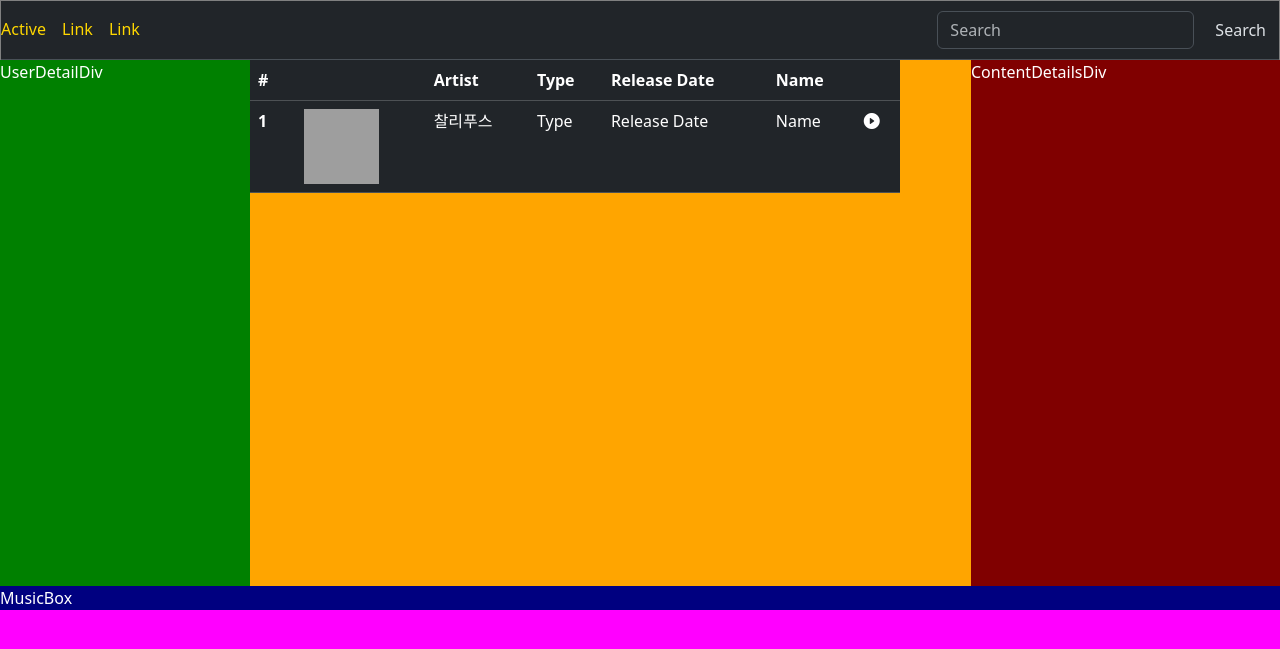
Repository: budflower44/My_Music_Life
Page: http://localhost/my_music_life/WEB-INF/views/mml/main.jsp
These files come from the project's save history. The page is drawn as it stood at one moment and after the next save; the edit follows.
The browser window is 1280 px wide. The pictures show the whole page.
Pictures or frames that could not be fetched are drawn as grey boxes. The page is served by Tomcat 9. Nobody is signed in. The template is opened directly, without the code that normally fills it, so the values that code supplies are empty.

Above is the page before, as saved 2024-02-15 05:22:07.
Console error: TypeError: Cannot read properties of null (reading 'addEventListener')

After the next save:
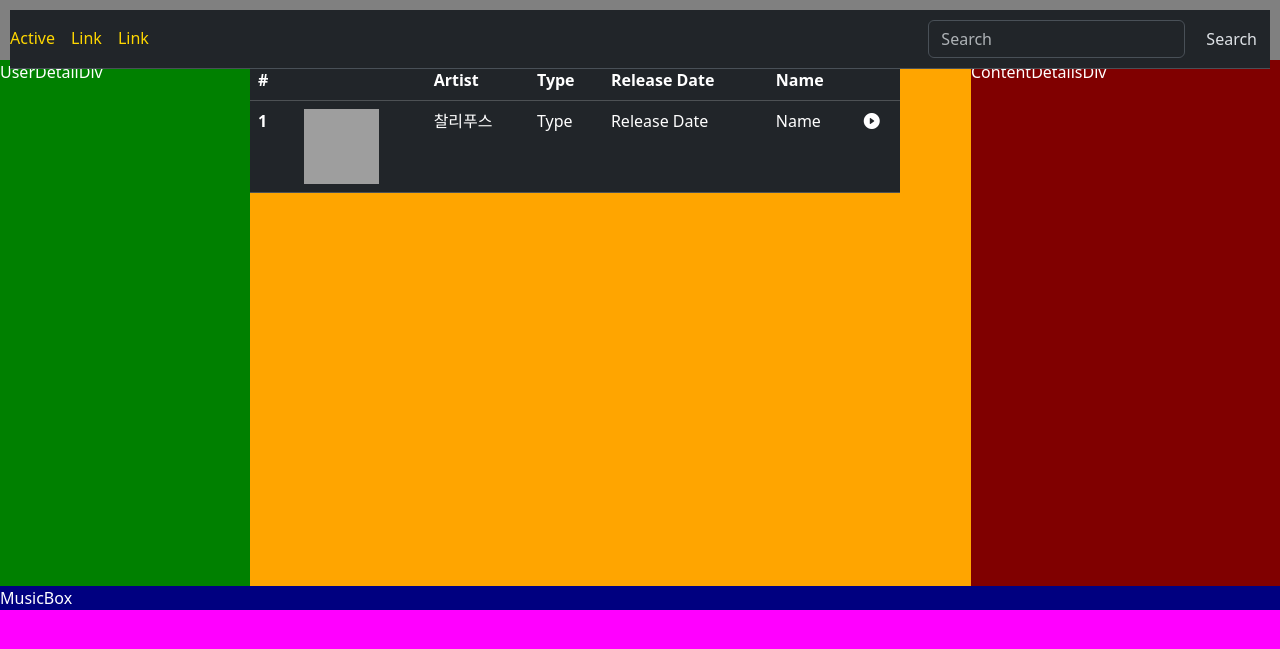
Saved 13 s later.
--- a/my_music_life/src/main/webapp/WEB-INF/views/mml/main.jsp
+++ b/my_music_life/src/main/webapp/WEB-INF/views/mml/main.jsp
@@ -94,8 +94,7 @@ body{
 
 .navDiv{
 	position:sticky;
-	padding: 1px;
-	border-color: black;
+	padding: 10px;
 }
 .nav-link{
 	color: gold;
